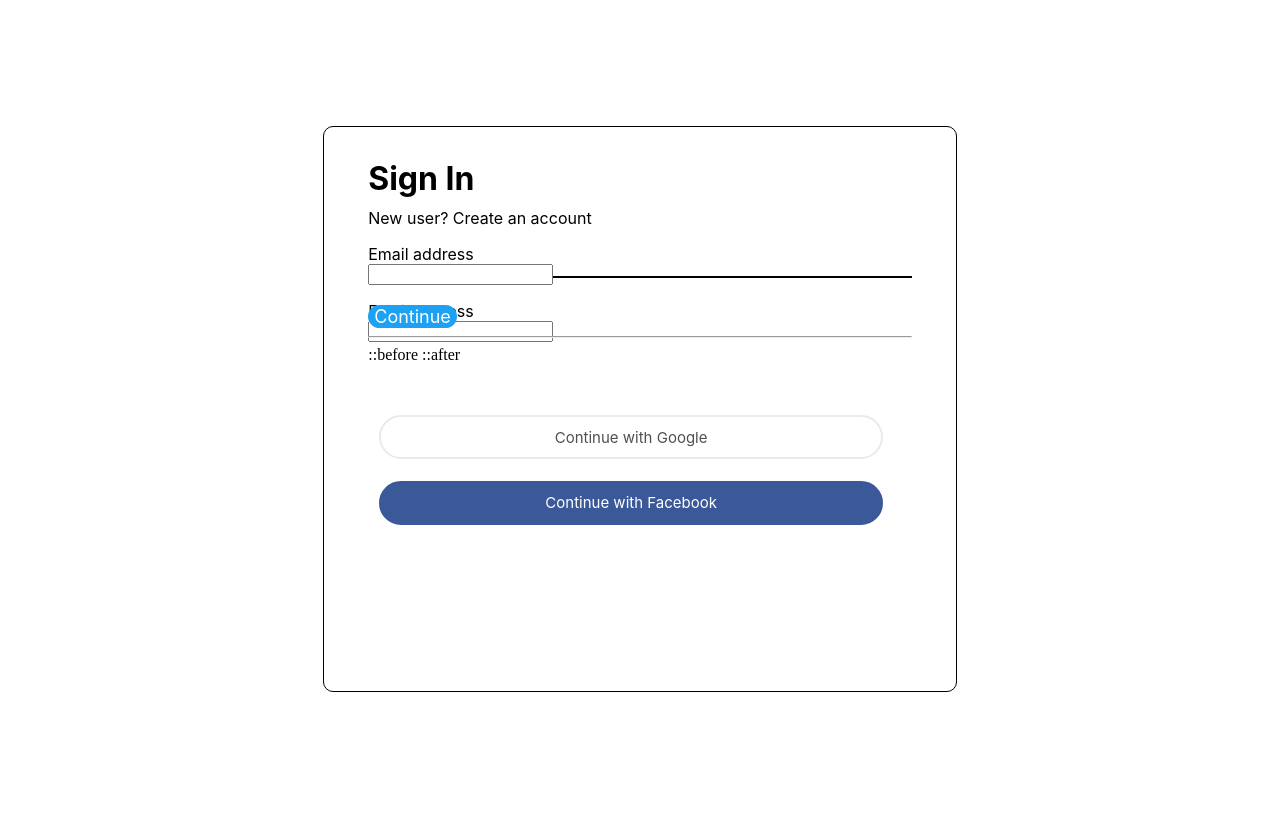
Repository: thangluu93/WereWolf
Page: Template/signIn.html
The author's editor kept a copy of each file at every save. The page is drawn from the files as they stood at one save, then again after the next save.
The browser window is 1280 px wide. The pictures show the whole page.

Above is the page before, as saved 2020-01-13 14:02:35.

### Template/signIn.html
<html>

<head>
    <title>Onion ID</title>
    <link rel="stylesheet" href="../Stylesheet/signInStyle.css">
</head>

<body id="body1">
    <div class="container" id="container1">
        <div class="containerBody" id="containerBody1">
            <div class="border" id="border1">
                <div class="content" id="content1">
                    <div class="contentHeader">
                        <h1 class="Heading">Sign In</h1>
                        <p class="subHead">New user? Create an account</p>
                    </div>
                    <div >
                        <div class="field">
                            <div>
                                <p style="margin-bottom: 0;"> Email address </p>
                                <input type="email" class="emailField">
                            </div>
                            <div>
                                <p style="margin-bottom: 0;"> Email address </p>
                                <input type="email" class="emailField">
                            </div>
                        </div>
                        <div class="emailContinue">
                            <button class="emailContinueBtn ">
                                <span>Continue</span>
                            </button>
                        </div>
                    </div>
                    <div class="contentFooter">
                        <hr data-content="or">
                        ::before
                        ::after
                        </hr>
                        <div class="socialSignIn" id="socialSignIn1">
                            <a href="" class="googleSignIn">
                                <!-- <svg viewBox="0 0 1152 1152" focusable="false" aria-hidden="true" role="img"
                                class="googleIconSvg">
                                <path
                                    d="M1055.994 594.42a559.973 559.973 0 0 0-8.86-99.684h-458.99V683.25h262.28c-11.298 60.918-45.633 112.532-97.248 147.089v122.279h157.501c92.152-84.842 145.317-209.78 145.317-358.198z"
                                    fill="#4285f4"></path>
                                <path
                                    d="M588.144 1070.688c131.583 0 241.9-43.64 322.533-118.07l-157.5-122.28c-43.64 29.241-99.463 46.52-165.033 46.52-126.931 0-234.368-85.728-272.691-200.919H152.636v126.267c80.19 159.273 245 268.482 435.508 268.482z"
                                    fill="#34a853"></path>
                                <path
                                    d="M315.453 675.94a288.113 288.113 0 0 1 0-185.191V364.482H152.636a487.96 487.96 0 0 0 0 437.724z"
                                    fill="#fbbc05"></path>
                                <path
                                    d="M588.144 289.83c71.551 0 135.792 24.589 186.298 72.88l139.78-139.779C829.821 144.291 719.504 96 588.143 96c-190.507 0-355.318 109.21-435.508 268.482L315.453 490.75c38.323-115.19 145.76-200.919 272.691-200.919z"
                                    fill="#ea4335"></path>
                            </svg> -->
                                <span>Continue with Google</span>
                            </a>
                            <a href="" class="facebookSignIn">
                                <!-- <svg viewBox="0 0 1152 1152" class="facebookIconSvg" aria-hidden="true" data-prefix="fab" data-icon="facebook-f"
                                role="img" xmlns="http://www.w3.org/2000/svg" viewBox="0 0 264 512" data-fa-i2svg="">
                                <path fill="currentColor"
                                    d="M76.7 512V283H0v-91h76.7v-71.7C76.7 42.4 124.3 0 193.8 0c33.3 0 61.9 2.5 70.2 3.6V85h-48.2c-37.8 0-45.1 18-45.1 44.3V192H256l-11.7 91h-73.6v229">
                                </path>
                            </svg> -->
                                <span>Continue with Facebook</span>

                            </a>

                        </div>
                    </div>
                </div>

            </div>
        </div>
    </div>
</body>

</html>

### Stylesheet/signInStyle.css
.containerBody{
    margin: 0;
    padding: 0;
    width: 100%;
}

#containerBody1{
  width: 100%;

}

#content1{

    display: flex;
    flex-direction: column;


}

.content{
    height: 90%;
    padding: 5% 7% 7% 7%;
}

.border{
    width: 50%;
    height: 80%;
}

#border1{
    border: 1px solid black;
    border-radius: 10px;   ;

    margin: 10% auto;
    justify-content: center;
    align-items: center;

}

.socialSignIn a{
    margin: 2%;
    width: 92%;
    height: 2.5rem;
    display: flex;
    align-items: center;
    justify-content: center;
    font-size: 15px;
}

.socialSignIn{
    margin-top: 2.5rem;
}

#socialSignIn1{
    display: flex;
    flex-direction: column;
}

.googleSignIn,.facebookSignIn,.twitterSignIn{
    border: 2px;
    border-style: solid;
    border-radius: 100px;
}

.subHead{
    margin: 10px 0 0 0;
}

.heading{
    margin: 0;
}

p {
    font-family: adobe-clean,"Source Sans Pro",-apple-system,BlinkMacSystemFont,"Segoe UI",Roboto,sans-serif;
}

h1{
    font-family: adobe-clean,"Source Sans Pro",-apple-system,BlinkMacSystemFont,"Segoe UI",Roboto,sans-serif;
    font-size: 32px;
}

span{
    font-family: adobe-clean,"Source Sans Pro",-apple-system,BlinkMacSystemFont,"Segoe UI",Roboto,sans-serif;
}

a{
    text-decoration: none;
}

.field{
    width: 100%;
    height: 2rem;
    margin:0 0 5% 0;
    border-color: black;
    border-top: 0;
    border-left: 0;
    border-right: 0;
    border-bottom: 2px;
    border-style: solid;
    font-size: 16px;
}

.emailContinueBtn{
    border-radius: 100px;
    font-size: 18px;
    height: fit-content;
    width: fit-content;
    box-shadow: none;
    background-color: #1da1f2;
    color: white;
    border: none;
    outline: none;
}

.googleSignIn{
    border-color: #eaeaea;
    color: #505050;
}

.facebookSignIn{
    border-color:#3b5998;
    background-color: #3b5998;
    color: white;
}

.twitterSignIn{
    color: white;
    border-color: #1da1f2;
    background-color: #1da1f2;
}

After the next save:
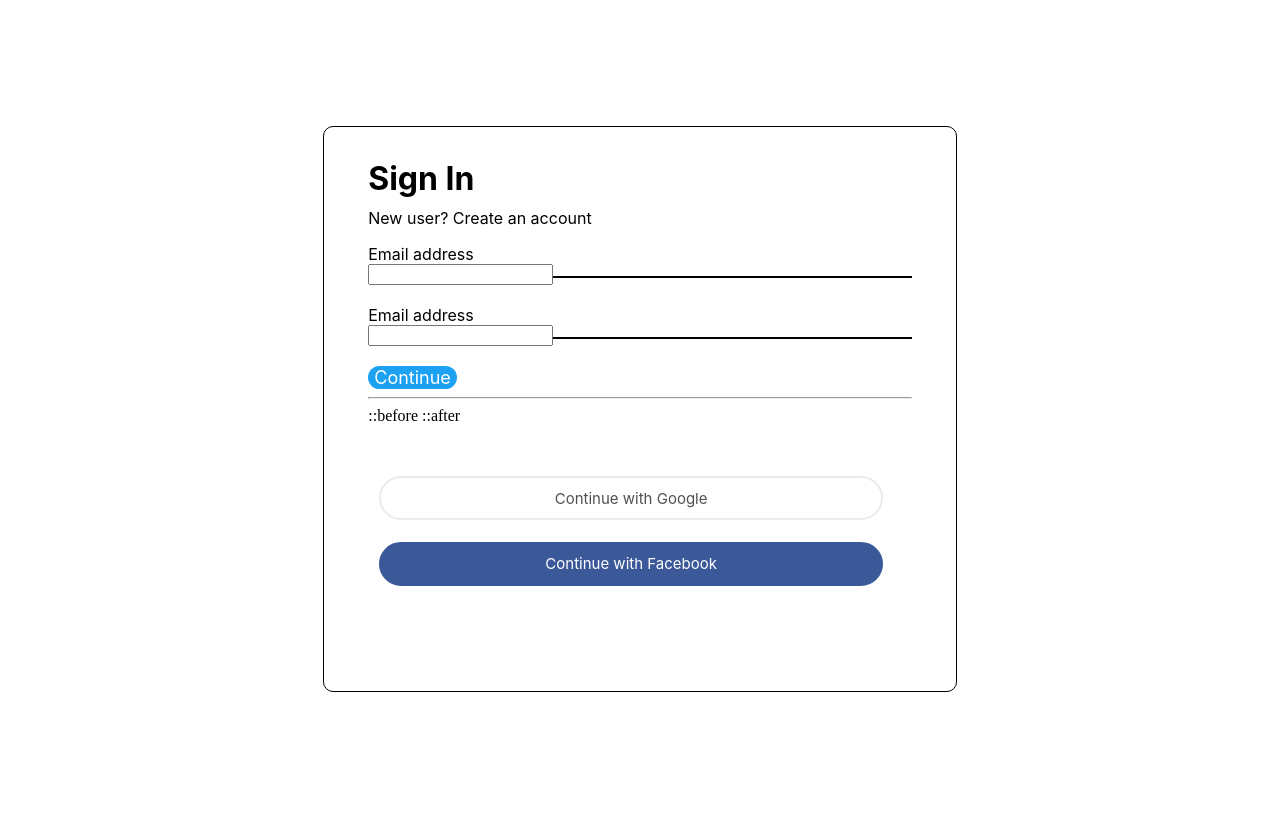
Saved 22 s later.
--- a/Template/signIn.html
+++ b/Template/signIn.html
@@ -15,12 +15,12 @@
                         <p class="subHead">New user? Create an account</p>
                     </div>
                     <div >
-                        <div class="field">
-                            <div>
+                        <div >
+                            <div class="field">
                                 <p style="margin-bottom: 0;"> Email address </p>
                                 <input type="email" class="emailField">
                             </div>
-                            <div>
+                            <div class="field">
                                 <p style="margin-bottom: 0;"> Email address </p>
                                 <input type="email" class="emailField">
                             </div>
